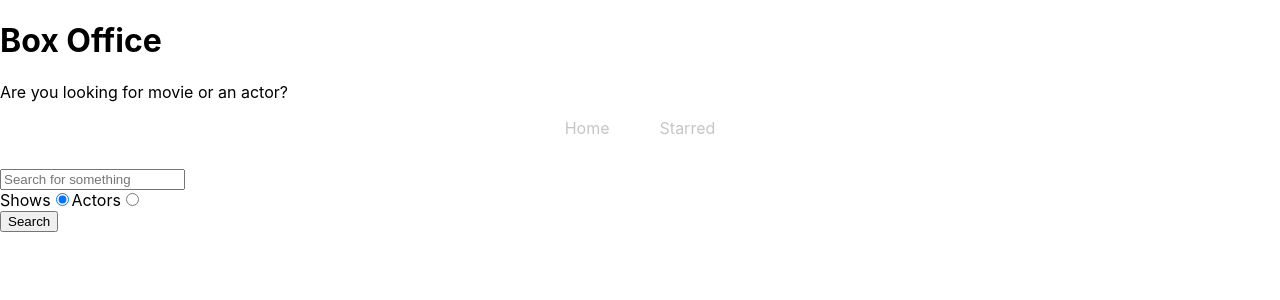
Repository: Mayur2905/Box-office
Page: /
The author's editor kept a copy of each file at every save. The page is drawn from the files as they stood at one save, then again after the next save.
The browser window is 1280 px wide. The pictures show the whole page.
The project was rebuilt for these pictures with package versions that can differ from the ones it lists, and the page was loaded fresh each time. A package was used in the major version that the imports need, not the one package.json lists. Also part of the build but not shown: src/components/styled.js, src/components/show/ShowCard.styled.js, src/components/show/ShowCard.js, src/components/show/ShowGrid.js, src/components/actor/ActorCard.js, src/components/actor/ActorGrid.js, src/pages/Starred.js, src/components/show/ShowMainData.styled.js and 9 more.

Above is the page before, as saved 2021-10-16 21:10:02.

After the next save:
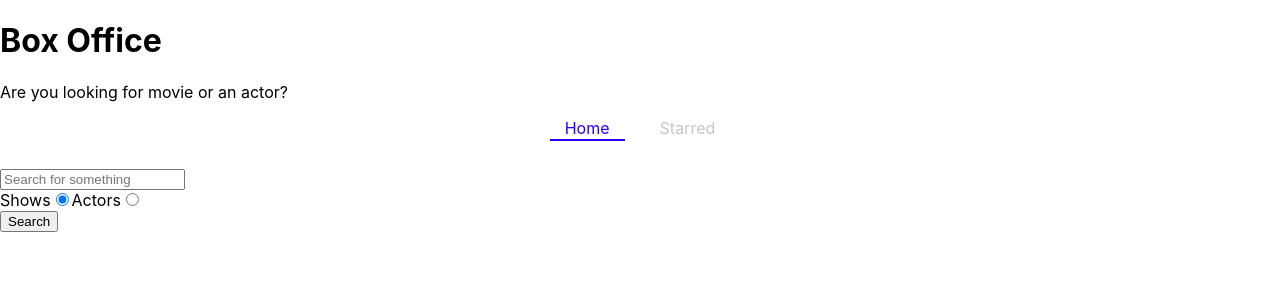
Saved 2 min 45 s later.
--- a/src/components/Navs.js
+++ b/src/components/Navs.js
@@ -9,13 +9,12 @@ const LINKS = [
 
 const Navs = () => {
   const location = useLocation();
-  console.log('location',location);
   return (
     <div>
       <NavList>
         {LINKS.map(item => (
           <li key={item.to}>
-            <LinkStyled to={item.to}>{item.text}</LinkStyled>
+            <LinkStyled to={item.to} className={item.to ===location.pathname ? 'active':''}>{item.text}</LinkStyled>
           </li>
         ))}
       </NavList>
